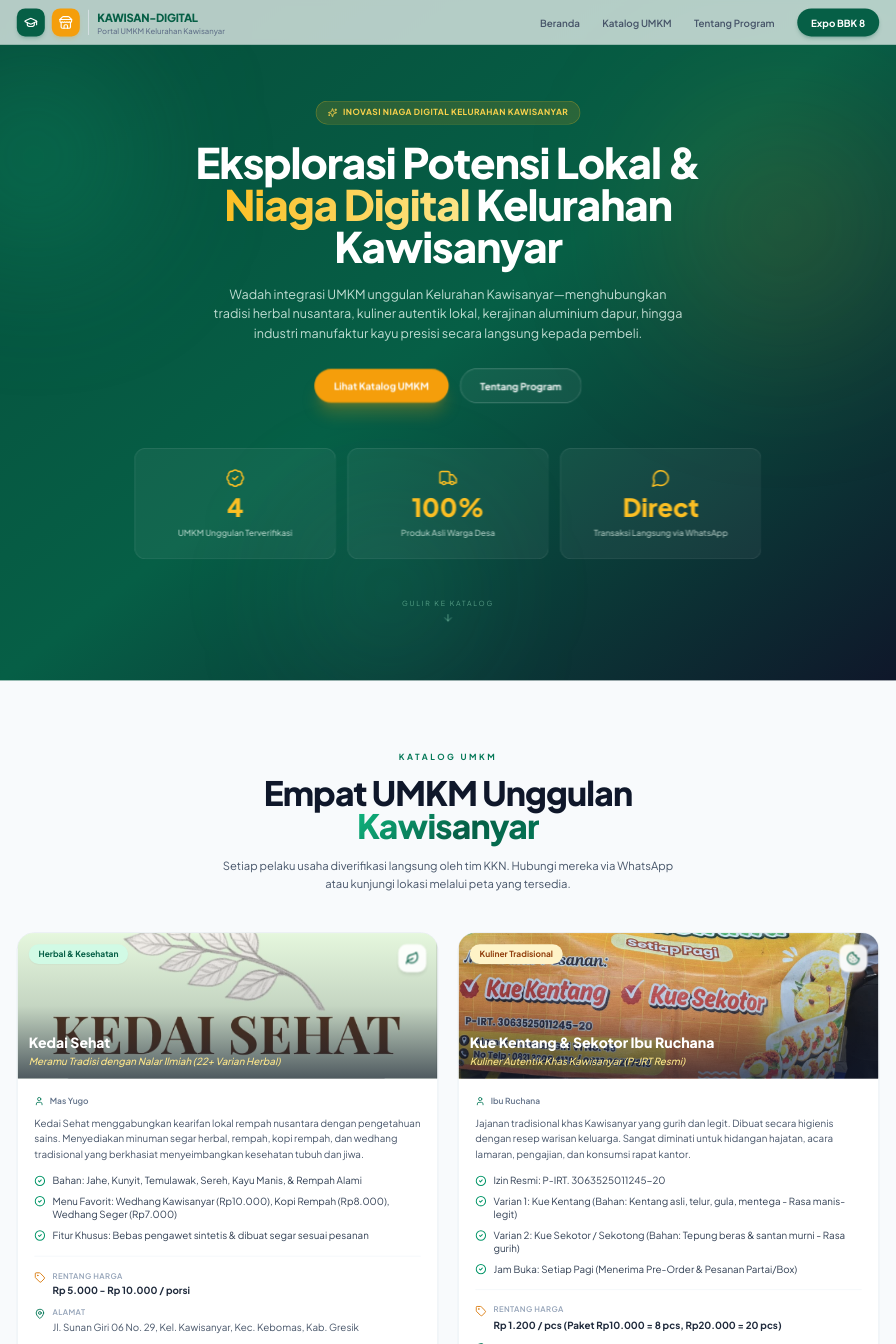
Repository: Anggaaa2006/Kawisan-Digital-
Page: /
These files come from the project's save history. The page is drawn as it stood at one moment and after a run of saves; the edit follows.
The browser window is 1280 px wide. The pictures show the part of the page from y = 0 to 1920 px (the page is 3971 px tall), at 70% of full size.
The project was rebuilt for these pictures with package versions that can differ from the ones it lists, and the page was loaded fresh each time. Also part of the build but not shown: vite.config.ts, src/components/UmkmDetail.tsx.

Above is the page before, as saved 2026-08-03 13:55:53.

### index.html
<!doctype html>
<html lang="en">
  <head>
    <meta charset="UTF-8" />
    <link rel="icon" type="image/svg+xml" href="/vite.svg" />
    <meta name="viewport" content="width=device-width, initial-scale=1.0" />
    <title>KAWISAN-DIGITAL — Portal UMKM Kelurahan Kawisanyar</title>
    <meta name="description" content="KAWISAN-DIGITAL: Etalase digital resmi BBK 8 Universitas Airlangga. Empat UMKM unggulan Kelurahan Kawisanyar — herbal, kuliner tradisional, wajan aluminium, dan manufaktur kayu presisi." />
    <meta property="og:image" content="https://bolt.new/static/og_default.png" />
    <meta name="twitter:card" content="summary_large_image" />
    <meta name="twitter:image" content="https://bolt.new/static/og_default.png" />
  </head>
  <body>
    <div id="root"></div>
    <script type="module" src="/src/main.tsx"></script>
  </body>
</html>

### src/App.tsx
import { useRouter } from '@/hooks/useRouter';
import Navbar from '@/components/Navbar';
import Hero from '@/components/Hero';
import Catalog from '@/components/Catalog';
import About from '@/components/About';
import Footer from '@/components/Footer';
import UmkmDetail from '@/components/UmkmDetail';

export default function App() {
  const route = useRouter();

  if (route.name === 'umkm') {
    return (
      <div className="min-h-screen bg-slate-50 text-slate-900">
        <Navbar />
        <main>
          <UmkmDetail id={route.id} />
        </main>
        <Footer />
      </div>
    );
  }

  return (
    <div className="min-h-screen bg-slate-50 text-slate-900">
      <Navbar />
      <main>
        <Hero />
        <Catalog />
        <About />
      </main>
      <Footer />
    </div>
  );
}

### src/index.css
@import url('https://fonts.googleapis.com/css2?family=Plus+Jakarta+Sans:wght@300;400;500;600;700;800&display=swap');

@tailwind base;
@tailwind components;
@tailwind utilities;

:root {
  --emerald: #065f46;
  --emerald-light: #10b981;
  --amber: #d97706;
  --charcoal: #0f172a;
}

* {
  -webkit-font-smoothing: antialiased;
  -moz-osx-font-smoothing: grayscale;
}

html {
  scroll-behavior: smooth;
}

body {
  font-family: 'Plus Jakarta Sans', system-ui, sans-serif;
  background-color: #f8fafc;
  color: #0f172a;
}

::selection {
  background-color: rgba(6, 95, 70, 0.2);
  color: #065f46;
}

::-webkit-scrollbar { width: 10px; }
::-webkit-scrollbar-track { background: #f1f5f9; }
::-webkit-scrollbar-thumb { background: linear-gradient(#10b981, #065f46); border-radius: 8px; }

@layer components {
  .reveal {
    opacity: 0;
    transform: translateY(36px);
    transition: opacity 0.9s cubic-bezier(0.22,1,0.36,1), transform 0.9s cubic-bezier(0.22,1,0.36,1);
  }
  .reveal.is-visible { opacity: 1; transform: translateY(0); }
  .reveal-delay-1 { transition-delay: 0.1s; }
  .reveal-delay-2 { transition-delay: 0.2s; }
  .reveal-delay-3 { transition-delay: 0.3s; }
  .reveal-delay-4 { transition-delay: 0.4s; }

  .emerald-text {
    background: linear-gradient(135deg, #10b981 0%, #065f46 60%, #047857 100%);
    -webkit-background-clip: text;
    background-clip: text;
    -webkit-text-fill-color: transparent;
  }

  .card-lift {
    transition: transform 0.5s cubic-bezier(0.22,1,0.36,1), box-shadow 0.5s ease, border-color 0.4s ease;
  }
  .card-lift:hover {
    transform: translateY(-8px);
    box-shadow: 0 30px 60px -25px rgba(6, 95, 70, 0.35);
    border-color: rgba(16, 185, 129, 0.5);
  }

  .img-zoom { transition: transform 1.2s cubic-bezier(0.22,1,0.36,1); }
  .group:hover .img-zoom { transform: scale(1.08); }
}

@layer utilities {
  .text-balance { text-wrap: balance; }
}

### src/hooks/useRouter.ts
import { useEffect, useState } from 'react';

export type Route = { name: 'home' } | { name: 'umkm'; id: string };

function parseHash(): Route {
  const hash = window.location.hash;
  const match = hash.match(/^#\/umkm\/(.+)$/);
  if (match) return { name: 'umkm', id: decodeURIComponent(match[1]) };
  return { name: 'home' };
}

export function useRouter() {
  const [route, setRoute] = useState<Route>(parseHash());

  useEffect(() => {
    const onHashChange = () => {
      setRoute(parseHash());
      window.scrollTo({ top: 0, behavior: 'auto' });
    };
    window.addEventListener('hashchange', onHashChange);
    return () => window.removeEventListener('hashchange', onHashChange);
  }, []);

  return route;
}

export function umkmUrl(id: string): string {
  return `#/umkm/${id}`;
}

### src/components/Navbar.tsx
import { useEffect, useState } from 'react';
import { Menu, X, GraduationCap, Store } from 'lucide-react';

const links = [
  { label: 'Beranda', href: '#beranda' },
  { label: 'Katalog UMKM', href: '#katalog' },
  { label: 'Tentang Program', href: '#tentang' },
];

export default function Navbar() {
  const [scrolled, setScrolled] = useState(false);
  const [open, setOpen] = useState(false);

  useEffect(() => {
    const onScroll = () => setScrolled(window.scrollY > 24);
    onScroll();
    window.addEventListener('scroll', onScroll);
    return () => window.removeEventListener('scroll', onScroll);
  }, []);

  return (
    <header
      className={`fixed inset-x-0 top-0 z-50 transition-all duration-400 ${
        scrolled
          ? 'border-b border-slate-200/70 bg-white/90 backdrop-blur-md shadow-sm'
          : 'bg-white/70 backdrop-blur-sm'
      }`}
    >
      <nav className="mx-auto flex max-w-7xl items-center justify-between px-5 py-3 sm:px-6">
        {/* Branding & partnership */}
        <a href="#beranda" className="flex items-center gap-3">
          <div className="flex items-center gap-2.5">
            <span className="flex h-10 w-10 items-center justify-center rounded-xl bg-emerald-800 text-white shadow-md shadow-emerald-800/20">
              <GraduationCap className="h-5 w-5" strokeWidth={2} />
            </span>
            <span className="flex h-10 w-10 items-center justify-center rounded-xl bg-amber-500 text-white shadow-md shadow-amber-500/20">
              <Store className="h-5 w-5" strokeWidth={2} />
            </span>
          </div>
          <div className="hidden h-9 w-px bg-slate-200 sm:block" />
          <div className="hidden flex-col leading-tight sm:flex">
            <span className="text-base font-extrabold tracking-tight text-emerald-800">
              KAWISAN-DIGITAL
            </span>
            <span className="text-[11px] font-medium text-slate-500">
              Portal UMKM Kelurahan Kawisanyar
            </span>
          </div>
        </a>

        {/* Desktop nav */}
        <div className="hidden items-center gap-8 md:flex">
          {links.map((l) => (
            <a
              key={l.href}
              href={l.href}
              className="group relative text-sm font-semibold text-slate-600 transition-colors hover:text-emerald-800"
            >
              {l.label}
              <span className="absolute -bottom-1.5 left-0 h-0.5 w-0 bg-emerald-600 transition-all duration-300 group-hover:w-full" />
            </a>
          ))}
          <a
            href="#katalog"
            className="rounded-full bg-emerald-800 px-5 py-2.5 text-sm font-bold text-white shadow-md shadow-emerald-800/25 transition-all hover:bg-emerald-900 hover:shadow-lg hover:shadow-emerald-800/30"
          >
            Expo BBK 8
          </a>
        </div>

        {/* Mobile toggle */}
        <button
          onClick={() => setOpen((v) => !v)}
          className="flex h-10 w-10 items-center justify-center rounded-lg border border-slate-200 text-emerald-800 md:hidden"
          aria-label="Menu"
        >
          {open ? <X className="h-5 w-5" /> : <Menu className="h-5 w-5" />}
        </button>
      </nav>

      {/* Mobile menu */}
      <div
        className={`overflow-hidden border-t border-slate-100 bg-white transition-all duration-400 md:hidden ${
          open ? 'max-h-72' : 'max-h-0'
        }`}
      >
        <div className="space-y-1 px-5 py-3">
          {links.map((l) => (
            <a
              key={l.href}
              href={l.href}
              onClick={() => setOpen(false)}
              className="block rounded-lg px-4 py-3 text-sm font-semibold text-slate-700 transition-colors hover:bg-emerald-50 hover:text-emerald-800"
            >
              {l.label}
            </a>
          ))}
          <a
            href="#katalog"
            onClick={() => setOpen(false)}
            className="mt-2 block rounded-lg bg-emerald-800 px-4 py-3 text-center text-sm font-bold text-white"
          >
            Expo BBK 8 Kecamatan Kebomas 2026
          </a>
        </div>
      </div>
    </header>
  );
}

### src/components/About.tsx
import { useReveal } from '@/hooks/useReveal';
import { Target, Smartphone, Handshake, TrendingUp } from 'lucide-react';

const pillars = [
  {
    icon: Target,
    title: 'Identifikasi Potensi',
    text: 'Memetakan dan memverifikasi UMKM unggulan warga Kawisanyar secara langsung di lapangan.',
  },
  {
    icon: Smartphone,
    title: 'Digitalisasi Niaga',
    text: 'Membangun etalase digital agar produk lokal dapat dilihat dan dipesan dari mana saja.',
  },
  {
    icon: Handshake,
    title: 'Hubungan Langsung',
    text: 'Menghubungkan pembeli langsung ke pelaku usaha via WhatsApp—tanpa perantara.',
  },
  {
    icon: TrendingUp,
    title: 'Dampak Berkelanjutan',
    text: 'Mendorong pertumbuhan ekonomi desa dan melestarikan komoditas khas Kawisanyar.',
  },
];

export default function About() {
  const ref = useReveal<HTMLDivElement>();

  return (
    <section id="tentang" ref={ref} className="relative overflow-hidden bg-white py-24">
      <div className="pointer-events-none absolute -right-32 top-10 h-80 w-80 rounded-full bg-emerald-100/60 blur-3xl" />
      <div className="pointer-events-none absolute -left-32 bottom-10 h-80 w-80 rounded-full bg-amber-100/50 blur-3xl" />

      <div className="relative mx-auto max-w-7xl px-5 sm:px-6">
        <div className="grid gap-14 lg:grid-cols-2 lg:items-center">
          <div className="reveal">
            <span className="text-xs font-bold uppercase tracking-[0.3em] text-emerald-700">
              Tentang Program
            </span>
            <h2 className="mt-4 font-sans text-3xl font-extrabold tracking-tight text-slate-900 sm:text-4xl md:text-5xl">
              Dari Lapangan ke <span className="emerald-text">Layar</span>, <br className="hidden sm:block" />
              dari Warga ke Dunia
            </h2>
            <p className="mt-6 text-base leading-relaxed text-slate-600">
              KAWISAN-DIGITAL adalah inovasi niaga digital yang diinisiasi oleh Tim BBK 8 2026
              Universitas Airlangga untuk Kelurahan Kawisanyar, Kecamatan Kebomas, Kabupaten
              Gresik. Program ini hadir sebagai wujud nyata pengabdian mahasiswa dalam
              memberdayakan ekonomi mikro masyarakat.
            </p>
            <p className="mt-4 text-base leading-relaxed text-slate-600">
              Kami memetakan UMKM potensial, memverifikasi kualitas dan legalitasnya, lalu
              membangun etalase digital yang menghubungkan pelaku usaha langsung dengan
              pembeli—tanpa perantara, tanpa biaya tersembunyi.
            </p>

            <div className="mt-8 flex flex-wrap gap-3">
              <span className="rounded-full bg-emerald-50 px-4 py-2 text-sm font-semibold text-emerald-800">
                Universitas Airlangga
              </span>
              <span className="rounded-full bg-amber-50 px-4 py-2 text-sm font-semibold text-amber-700">
                BBK 8 2026
              </span>
              <span className="rounded-full bg-slate-100 px-4 py-2 text-sm font-semibold text-slate-700">
                Kel. Kawisanyar
              </span>
            </div>
          </div>

          <div className="reveal reveal-delay-2 grid gap-5 sm:grid-cols-2">
            {pillars.map((p) => (
              <div
                key={p.title}
                className="group rounded-2xl border border-slate-200 bg-gradient-to-b from-slate-50 to-white p-6 card-lift"
              >
                <span className="flex h-12 w-12 items-center justify-center rounded-xl bg-emerald-800 text-white shadow-md shadow-emerald-800/20 transition-transform group-hover:scale-110">
                  <p.icon className="h-6 w-6" strokeWidth={1.8} />
                </span>
                <h3 className="mt-5 text-lg font-bold text-slate-900">{p.title}</h3>
                <p className="mt-2 text-sm leading-relaxed text-slate-600">{p.text}</p>
              </div>
            ))}
          </div>
        </div>
      </div>
    </section>
  );
}

### src/components/Footer.tsx
import { GraduationCap, Store, MapPin, Heart } from 'lucide-react';

export default function Footer() {
  return (
    <footer className="relative overflow-hidden bg-slate-900 pt-16 pb-8 text-slate-300">
      <div className="pointer-events-none absolute -left-20 -top-20 h-60 w-60 rounded-full bg-emerald-700/15 blur-3xl" />
      <div className="pointer-events-none absolute -right-20 bottom-0 h-60 w-60 rounded-full bg-amber-600/10 blur-3xl" />

      <div className="relative mx-auto max-w-7xl px-5 sm:px-6">
        <div className="grid gap-10 md:grid-cols-3">
          {/* Brand */}
          <div>
            <div className="flex items-center gap-3">
              <div className="flex items-center gap-2.5">
                <span className="flex h-10 w-10 items-center justify-center rounded-xl bg-emerald-700 text-white">
                  <GraduationCap className="h-5 w-5" strokeWidth={2} />
                </span>
                <span className="flex h-10 w-10 items-center justify-center rounded-xl bg-amber-500 text-white">
                  <Store className="h-5 w-5" strokeWidth={2} />
                </span>
              </div>
              <div className="flex flex-col leading-tight">
                <span className="text-base font-extrabold tracking-tight text-white">
                  KAWISAN-DIGITAL
                </span>
                <span className="text-[11px] font-medium text-slate-400">
                  Portal UMKM Kelurahan Kawisanyar
                </span>
              </div>
            </div>
            <p className="mt-5 max-w-sm text-sm leading-relaxed text-slate-400">
              Etalase digital resmi KKN Universitas Airlangga yang menghubungkan UMKM
              unggulan Kawisanyar langsung kepada pembeli.
            </p>
          </div>

          {/* Quick links */}
          <div>
            <h4 className="text-sm font-bold uppercase tracking-wider text-white">Navigasi</h4>
            <ul className="mt-4 space-y-2.5 text-sm">
              {[
                { l: 'Beranda', h: '#beranda' },
                { l: 'Katalog UMKM', h: '#katalog' },
                { l: 'Tentang Program', h: '#tentang' },
                { l: 'Expo KKN 2026', h: '#katalog' },
              ].map((x) => (
                <li key={x.h}>
                  <a href={x.h} className="text-slate-400 transition-colors hover:text-amber-400">
                    {x.l}
                  </a>
                </li>
              ))}
            </ul>
          </div>

          {/* Location */}
          <div>
            <h4 className="text-sm font-bold uppercase tracking-wider text-white">Lokasi Program</h4>
            <div className="mt-4 flex items-start gap-2.5 text-sm text-slate-400">
              <MapPin className="mt-0.5 h-4 w-4 flex-shrink-0 text-emerald-400" />
              <span className="leading-relaxed">
                Kelurahan Kawisanyar, Kecamatan Kebomas, Kabupaten Gresik, Jawa Timur
              </span>
            </div>
            <a
              href="https://maps.google.com/?q=Kawisanyar+Kebomas+Gresik"
              target="_blank"
              rel="noopener noreferrer"
              className="mt-4 inline-flex rounded-lg border border-slate-700 px-4 py-2 text-xs font-semibold text-slate-300 transition-colors hover:border-emerald-600 hover:bg-emerald-900/30 hover:text-emerald-300"
            >
              Lihat di Peta
            </a>
          </div>
        </div>

        <div className="mt-12 border-t border-slate-800 pt-6">
          <p className="text-center text-sm text-slate-400">
            Diinisiasi oleh Tim KKN Universitas Airlangga — Kelurahan Kawisanyar, Kecamatan
            Kebomas, Kabupaten Gresik.
          </p>
          <p className="mt-3 flex items-center justify-center gap-1.5 text-center text-xs text-slate-500">
            © 2026 KAWISAN-DIGITAL. All Rights Reserved.
            <span className="text-emerald-500">·</span>
            Dibuat dengan
            <Heart className="h-3 w-3 fill-amber-500 text-amber-500" />
            untuk Nusantara
          </p>
        </div>
      </div>
    </footer>
  );
}

### src/hooks/useReveal.ts
import { useEffect, useRef } from 'react';

export function useReveal<T extends HTMLElement = HTMLDivElement>() {
  const ref = useRef<T>(null);

  useEffect(() => {
    const el = ref.current;
    if (!el) return;
    const observer = new IntersectionObserver(
      (entries) => {
        entries.forEach((entry) => {
          if (entry.isIntersecting) {
            entry.target.classList.add('is-visible');
            observer.unobserve(entry.target);
          }
        });
      },
      { threshold: 0.12, rootMargin: '0px 0px -50px 0px' },
    );
    el.querySelectorAll('.reveal').forEach((node) => observer.observe(node));
    return () => observer.disconnect();
  }, []);

  return ref;
}

Loaded but not shown: src/main.tsx (common file); tailwind.config.js (36 lines, source omitted); src/data/umkm.ts (183 lines, source omitted); src/components/Catalog.tsx (163 lines, source omitted); src/components/Hero.tsx (149 lines, source omitted)

After the next 2 saves:
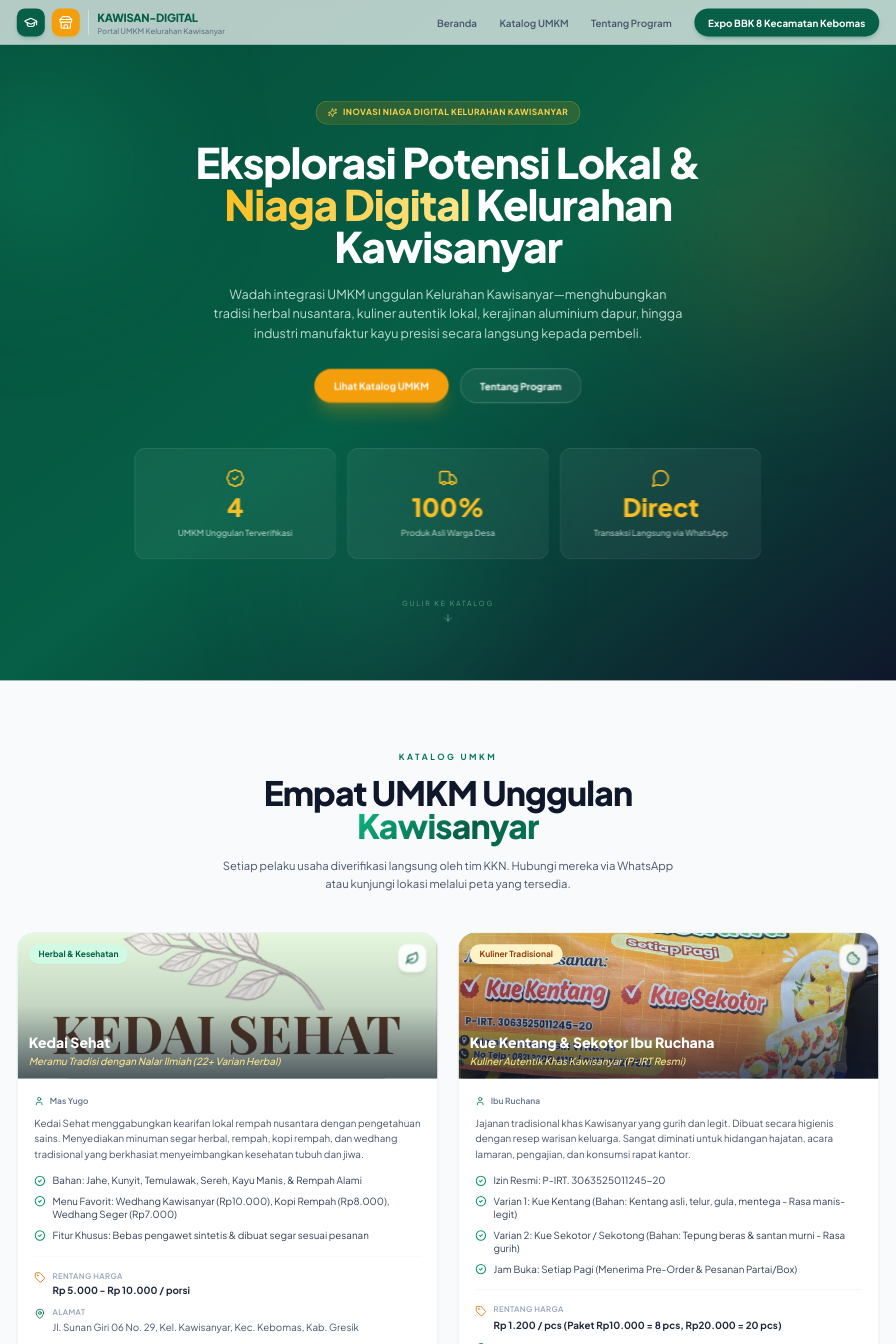
The 2 saves are shown as one change because they came seconds apart.
The last was saved 10 s later.
--- a/src/components/Navbar.tsx
+++ b/src/components/Navbar.tsx
@@ -64,7 +64,7 @@ export default function Navbar() {
             href="#katalog"
             className="rounded-full bg-emerald-800 px-5 py-2.5 text-sm font-bold text-white shadow-md shadow-emerald-800/25 transition-all hover:bg-emerald-900 hover:shadow-lg hover:shadow-emerald-800/30"
           >
-            Expo BBK 8
+            Expo BBK 8 Kecamatan Kebomas
           </a>
         </div>
 
